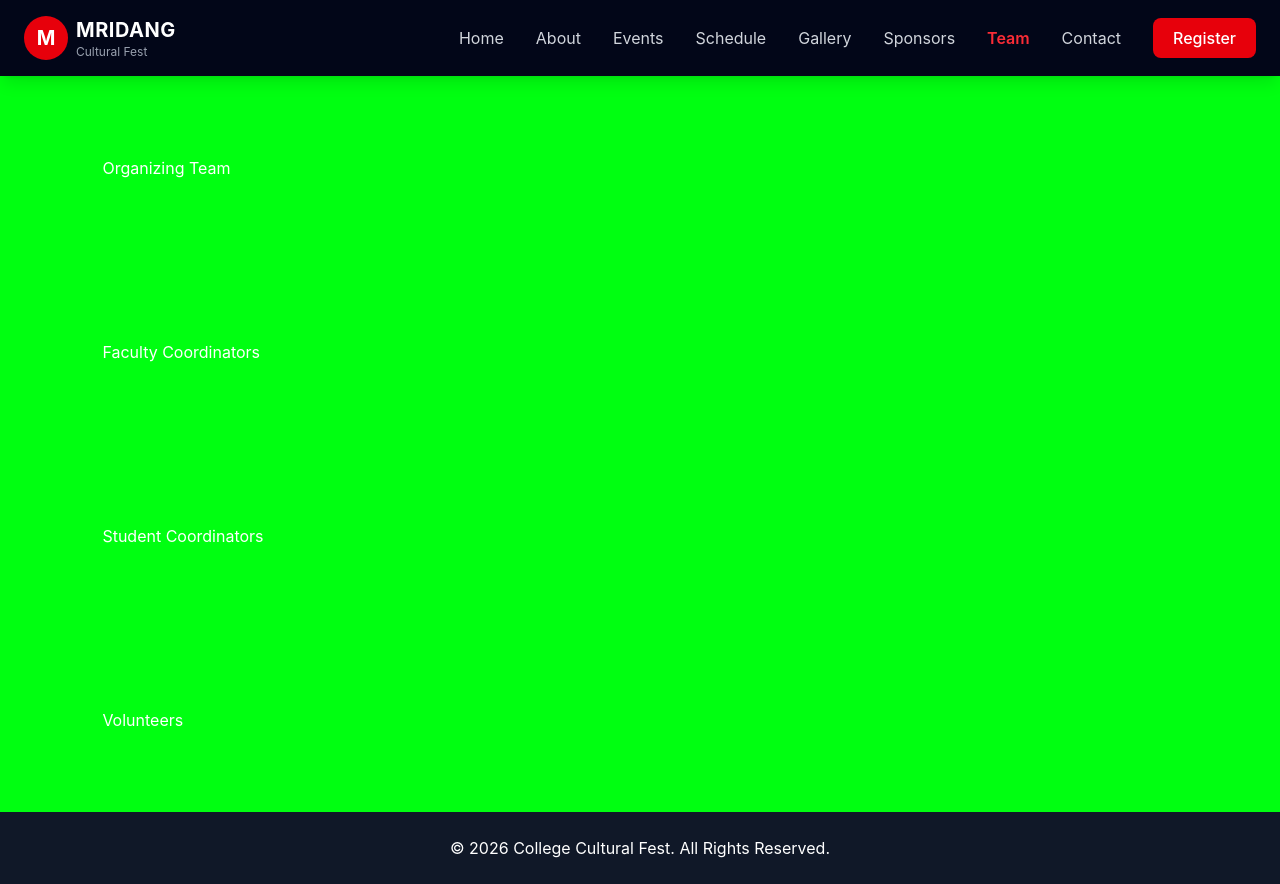
Repository: mridang-iiitu/Mridang-2k26
Page: /team
These files come from the project's save history. The page is drawn as it stood at one moment and after the next save; the edit follows.
The browser window is 1280 px wide. The pictures show the whole page.
The project was rebuilt for these pictures with package versions that can differ from the ones it lists, and the page was loaded fresh each time. Also part of the build but not shown: vite.config.js, src/pages/Home.jsx, src/pages/About.jsx, src/pages/Events.jsx, src/pages/Schedule.jsx, src/pages/Gallery.jsx, src/pages/Sponsors.jsx, src/pages/Contact.jsx.

Above is the page before, as saved 2026-08-03 13:40:07.

### src/index.css
@import "tailwindcss";

html {
  scroll-behavior: smooth;
}

body {
  margin: 0;
  padding: 0;
  font-family: Inter, "Segoe UI", sans-serif;
  background: #0f1;
  color: white;
}

* {
  box-sizing: border-box;
}

section {
  padding: 80px 8%;
}

::-webkit-scrollbar {
  width: 10px;
}

::-webkit-scrollbar-track {
  background: #0f172a;
}

::-webkit-scrollbar-thumb {
  background: #ef4444;
  border-radius: 10px;
}

::-webkit-scrollbar-thumb:hover {
  background: #dc2626;
}

::selection {
  background: #ef4444;
  color: white;
}

### src/App.jsx
import { BrowserRouter, Routes, Route } from "react-router-dom";

import Navbar from "./components/Navbar";
import Footer from "./components/Footer";

import Home from "./pages/Home";
import About from "./pages/About";
import Events from "./pages/Events";
import Schedule from "./pages/Schedule";
import Gallery from "./pages/Gallery";
import Sponsors from "./pages/Sponsors";
import Team from "./pages/Team";
import Contact from "./pages/Contact";

export default function App() {
  return (
    <BrowserRouter>
      <Navbar />

      <Routes>
        <Route path="/" element={<Home />} />
        <Route path="/about" element={<About />} />
        <Route path="/events" element={<Events />} />
        <Route path="/schedule" element={<Schedule />} />
        <Route path="/gallery" element={<Gallery />} />
        <Route path="/sponsors" element={<Sponsors />} />
        <Route path="/team" element={<Team />} />
        <Route path="/contact" element={<Contact />} />
      </Routes>

      <Footer />
    </BrowserRouter>
  );
}

### src/components/Navbar.jsx
import { Link, NavLink } from "react-router-dom";
import { Menu, X } from "lucide-react";
import { useState } from "react";

export default function Navbar() {
  const [isOpen, setIsOpen] = useState(false);

  const navItems = [
    { name: "Home", path: "/" },
    { name: "About", path: "/about" },
    { name: "Events", path: "/events" },
    { name: "Schedule", path: "/schedule" },
    { name: "Gallery", path: "/gallery" },
    { name: "Sponsors", path: "/sponsors" },
    { name: "Team", path: "/team" },
    { name: "Contact", path: "/contact" },
  ];

  return (
    <nav className="sticky top-0 z-50 bg-slate-950 text-white shadow-lg">
      <div className="mx-auto flex max-w-7xl items-center justify-between px-6 py-4">

        {/* Logo */}
        <Link to="/" className="flex items-center gap-2">
          <div className="flex h-11 w-11 items-center justify-center rounded-full bg-red-600 text-xl font-bold">
            M
          </div>

          <div>
            <h1 className="text-xl font-bold tracking-wide">
              MRIDANG
            </h1>
            <p className="text-xs text-gray-400">
              Cultural Fest
            </p>
          </div>
        </Link>

        {/* Desktop Menu */}
        <div className="hidden items-center gap-8 md:flex">
          {navItems.map((item) => (
            <NavLink
              key={item.name}
              to={item.path}
              className={({ isActive }) =>
                `transition duration-300 ${
                  isActive
                    ? "text-red-500 font-semibold"
                    : "text-gray-300 hover:text-red-400"
                }`
              }
            >
              {item.name}
            </NavLink>
          ))}

          <button className="rounded-lg bg-red-600 px-5 py-2 font-medium transition hover:bg-red-700">
            Register
          </button>
        </div>

        {/* Mobile Menu Button */}
        <button
          className="md:hidden"
          onClick={() => setIsOpen(!isOpen)}
        >
          {isOpen ? <X size={28} /> : <Menu size={28} />}
        </button>
      </div>

      {/* Mobile Menu */}
      {isOpen && (
        <div className="space-y-4 border-t border-slate-800 bg-slate-900 px-6 py-5 md:hidden">
          {navItems.map((item) => (
            <NavLink
              key={item.name}
              to={item.path}
              onClick={() => setIsOpen(false)}
              className={({ isActive }) =>
                `block ${
                  isActive
                    ? "text-red-500 font-semibold"
                    : "text-gray-300"
                }`
              }
            >
              {item.name}
            </NavLink>
          ))}

          <button className="mt-3 w-full rounded-lg bg-red-600 py-2 font-semibold hover:bg-red-700">
            Register
          </button>
        </div>
      )}
    </nav>
  );
}

### src/components/Footer.jsx
export default function Footer() {
  return (
    <footer className="bg-gray-900 text-white text-center py-6">
      <p>© 2026 College Cultural Fest. All Rights Reserved.</p>
    </footer>
  );
}

### src/pages/Team.jsx
export default function Team() {
  return (
    <main>

      <section>
        <h1>Organizing Team</h1>
      </section>

      <section>
        <h2>Faculty Coordinators</h2>
      </section>

      <section>
        <h2>Student Coordinators</h2>
      </section>

      <section>
        <h2>Volunteers</h2>
      </section>

    </main>
  );
}

Loaded but not shown: index.html (common file); src/main.jsx (common file)

After the next save:
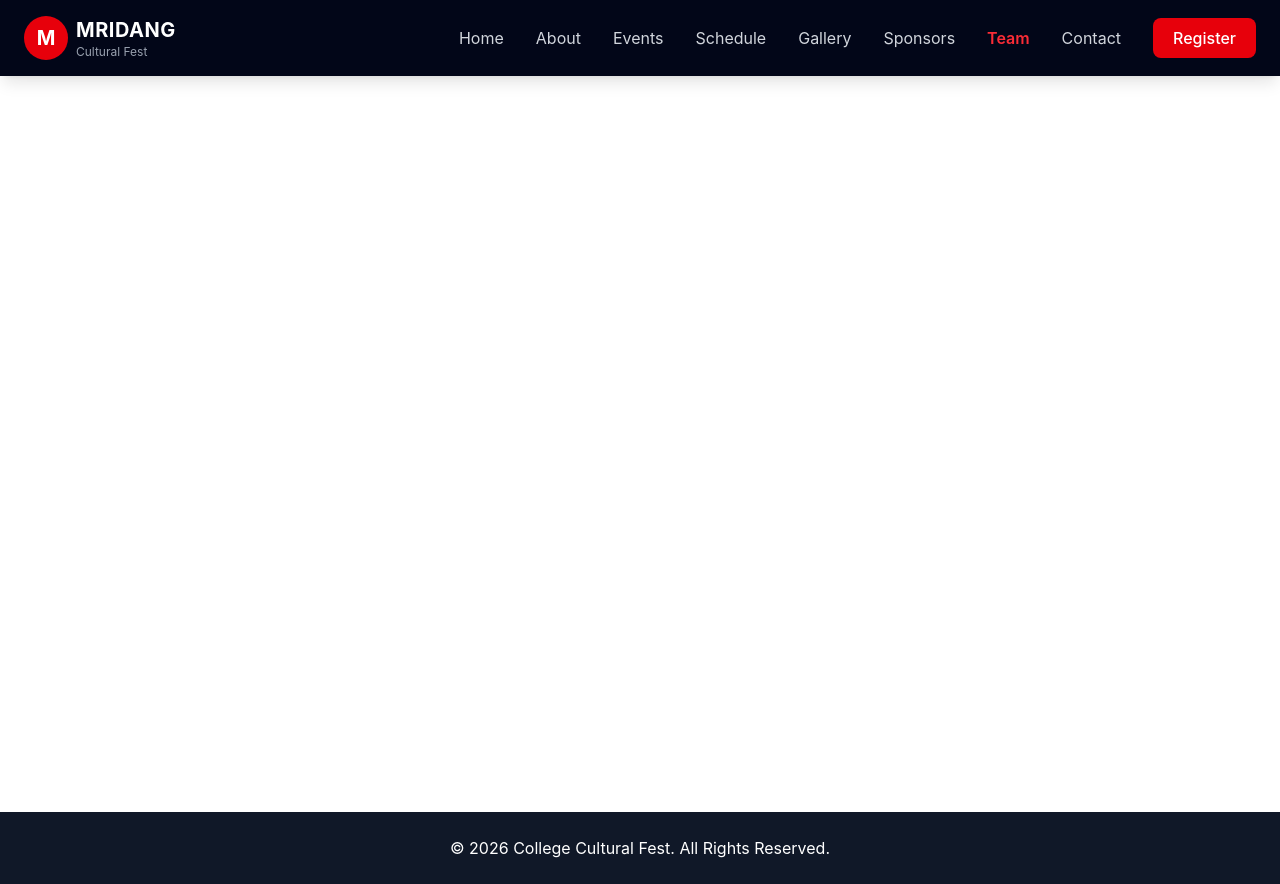
Saved 4 s later.
--- a/src/index.css
+++ b/src/index.css
@@ -8,7 +8,7 @@ body {
   margin: 0;
   padding: 0;
   font-family: Inter, "Segoe UI", sans-serif;
-  background: #0f1;
+  background: #0;
   color: white;
 }
 
